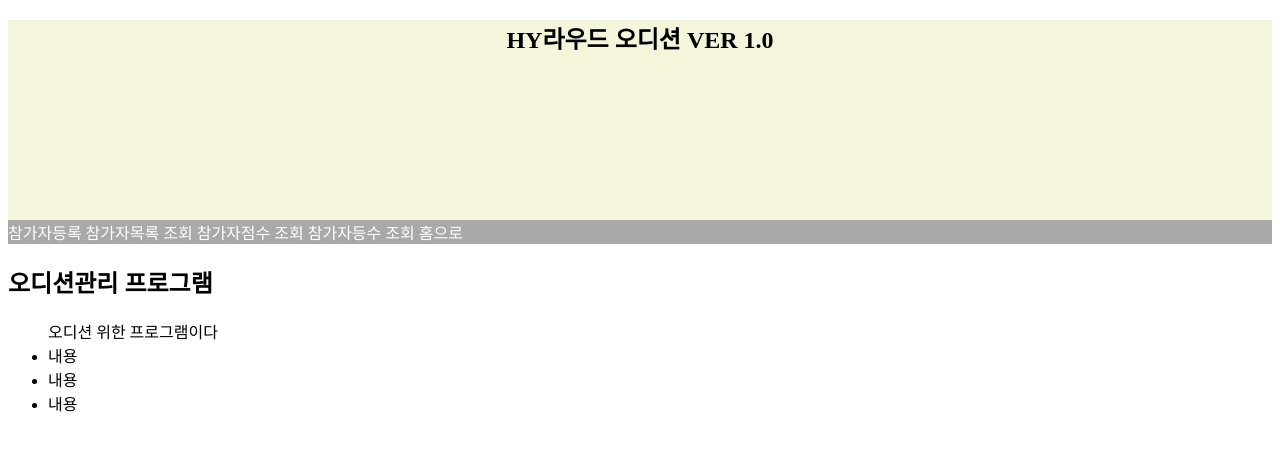
Repository: mvcfvsgdj/javaee
Page: http://localhost/prj0828/HY라우드.jsp
The author's editor kept a copy of each file at every save. The page is drawn from the files as they stood at one save, then again after the next save.
The browser window is 1280 px wide. The pictures show the whole page.
The page is served by Tomcat 9.

Above is the page before, as saved 2023-08-28 08:20:12.

After the next save:
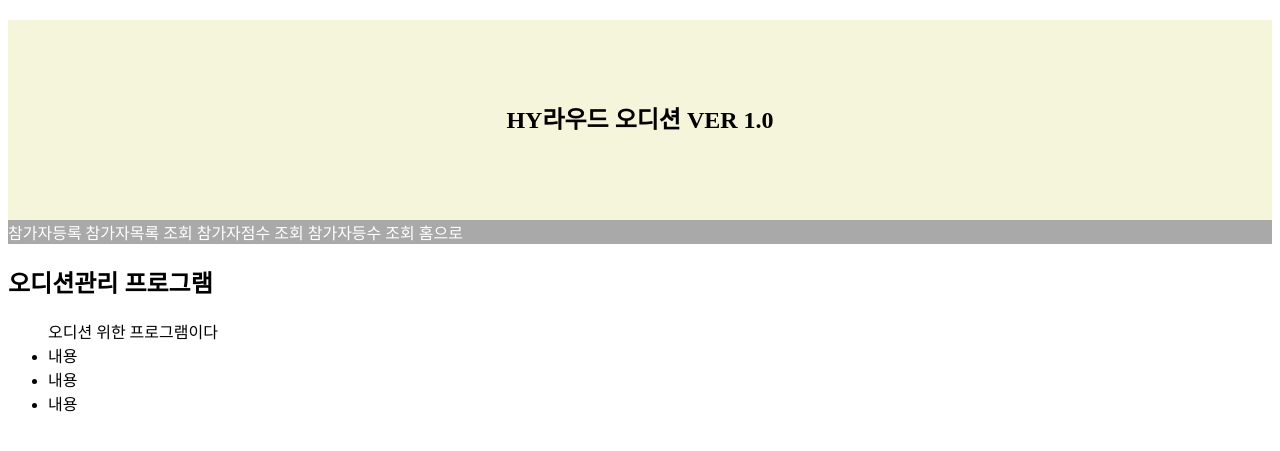
Saved 55 s later.
--- a/prj0828/src/main/webapp/css/HY라우드.css
+++ b/prj0828/src/main/webapp/css/HY라우드.css
@@ -4,6 +4,7 @@ header{
 	background-color: beige;
 	height: 200px;
 	margin: 0 auto;
+	line-height: 200px;
 	text-align: center;
 }
 nav{
